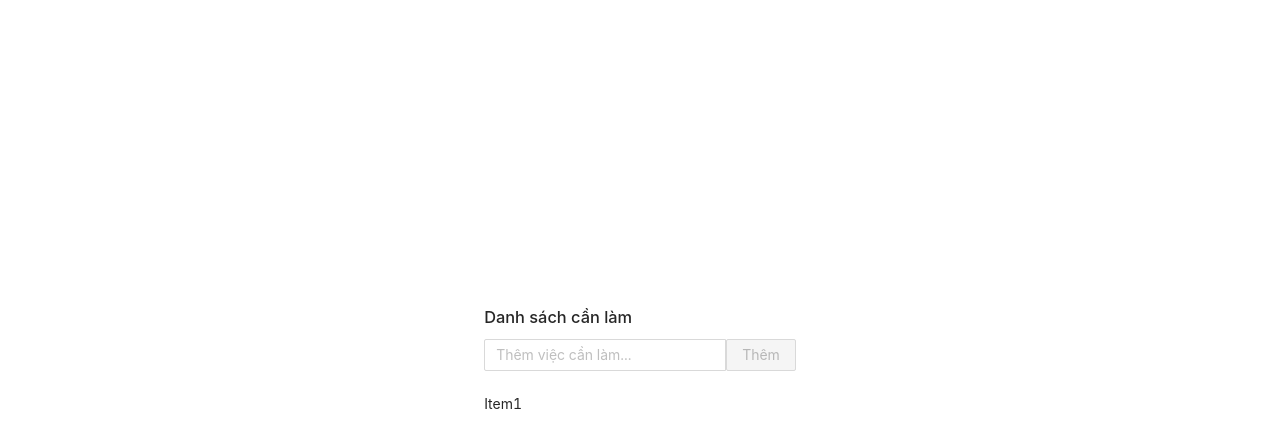
Repository: tiendungjr123/Todo-App
Page: /
These files come from the project's save history. The page is drawn as it stood at one moment and after the next save; the edit follows.
The browser window is 1280 px wide. The pictures show the whole page.
The project was rebuilt for these pictures with package versions that can differ from the ones it lists, and the page was loaded fresh each time.

Above is the page before, as saved 2022-09-22 10:27:47.

### src/index.js
import React from 'react';
import ReactDOM from 'react-dom/client';
import './index.css';
import App from './App';
import 'antd/dist/antd.css';
const root = ReactDOM.createRoot(document.getElementById('root'));
root.render(
  <React.StrictMode>
    <App />
  </React.StrictMode>
);

### src/index.css
body {
  margin: 0;
  font-family: -apple-system, BlinkMacSystemFont, 'Segoe UI', 'Roboto', 'Oxygen',
    'Ubuntu', 'Cantarell', 'Fira Sans', 'Droid Sans', 'Helvetica Neue',
    sans-serif;
  display: flex;
  justify-content: center;
  align-items: center;
  padding: 20px;
  font-size: 20px;
}

code {
  font-family: source-code-pro, Menlo, Monaco, Consolas, 'Courier New',
    monospace;
}

### src/App.js
import TodoList from "./component/TodoList";
import { Input, Button } from "antd";

function App() {
  return (
    <>
      <h3>Danh sách cần làm</h3>
      <Input.Group
        style={{
          display: "flex",
        }}
      >
        <Input placeholder="Thêm việc cần làm..." />
        <Button disabled='false' type="primary">Thêm</Button>
      </Input.Group>
      <br/>
      <TodoList />
    </>
  );
}

export default App;

### src/component/TodoList.jsx
import React from "react";
import Todo from "./Todo";

export default function TodoList() {
  return (
    <>
      <Todo/>
    </>
  );
}

### src/component/Todo.jsx
import React from 'react'
import {Button} from 'antd'
import styled from 'styled-components'

const buttonStyled = styled(Button)`
  margin-top:5px;
  text-align: left;
`
export default function Todo() {
  return (
    <div>
        <buttonStyled type="text">Item1</buttonStyled>
    </div>
  )
}

Loaded but not shown: public/index.html (common file)

After the next save:
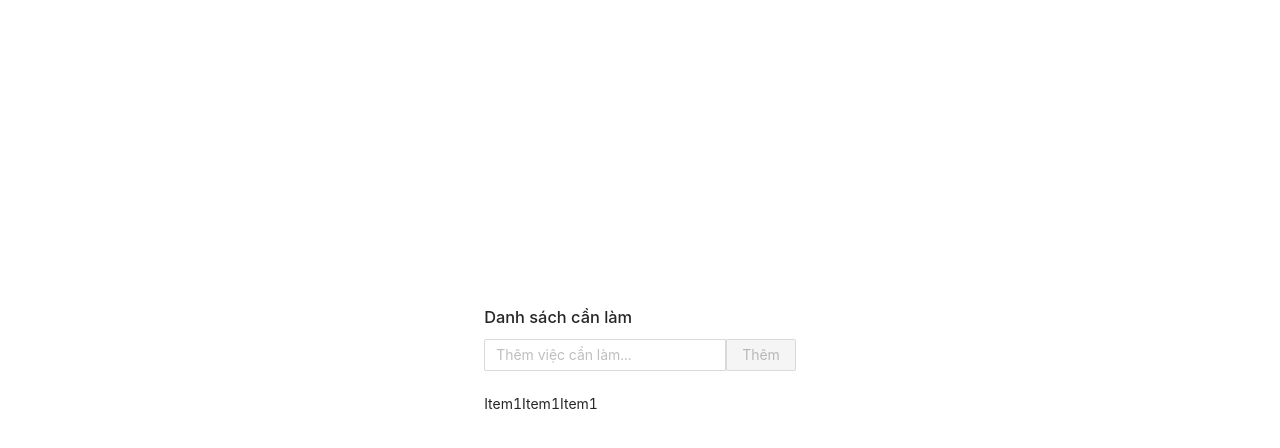
Saved 13 s later.
--- a/src/component/Todo.jsx
+++ b/src/component/Todo.jsx
@@ -10,6 +10,8 @@ export default function Todo() {
   return (
     <div>
         <buttonStyled type="text">Item1</buttonStyled>
+        <buttonStyled type="text">Item1</buttonStyled>
+        <buttonStyled type="text">Item1</buttonStyled>
     </div>
   )
 }
